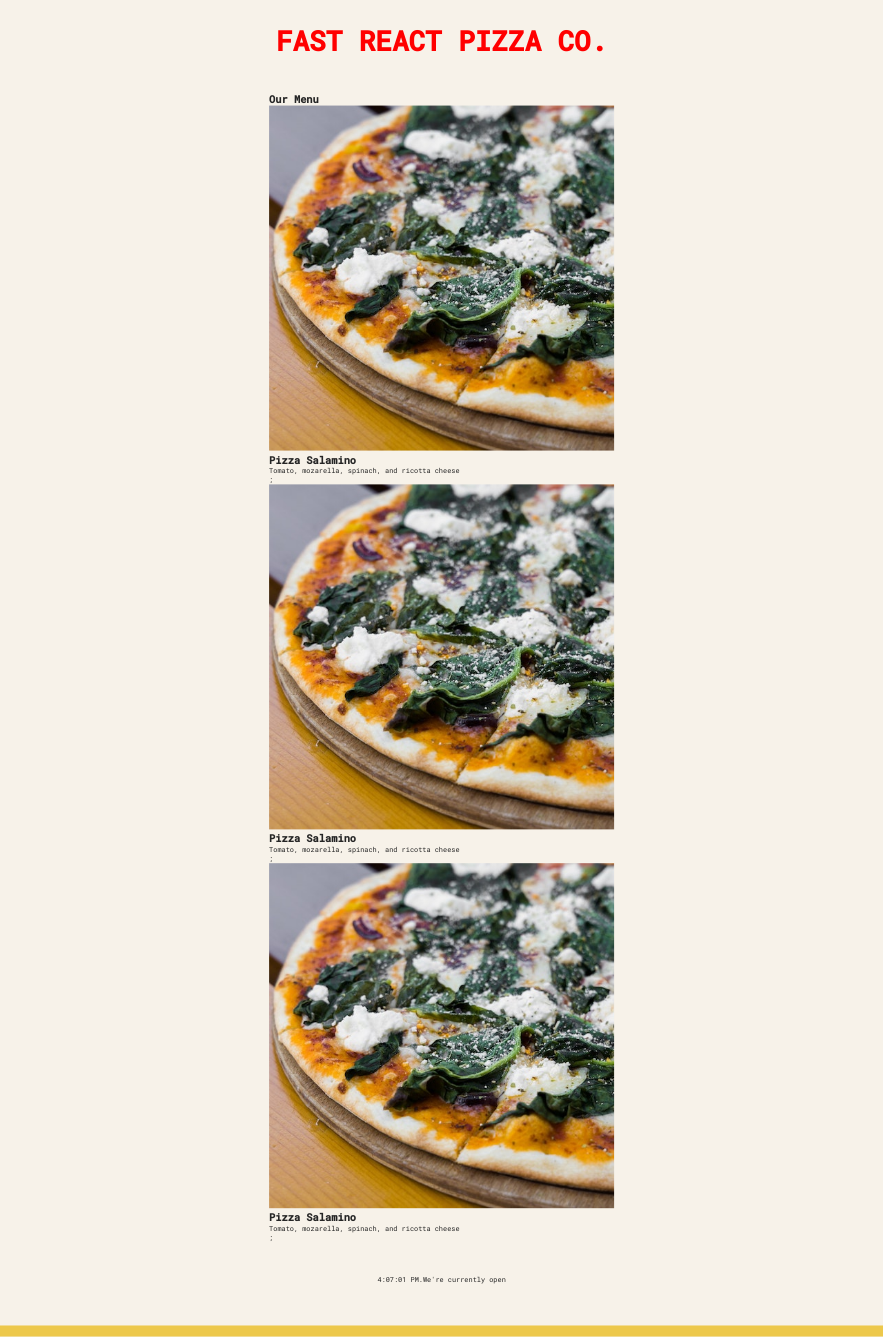
Repository: Aaryan-Poria/pizza-menu
Page: /
An editor plug-in stored every save of this project. The page is shown before and after the next save, followed by the edit.
The browser window is 1280 px wide. The pictures show the whole page, at 69% of full size.
The project was rebuilt for these pictures with package versions that can differ from the ones it lists, and the page was loaded fresh each time.

Above is the page before, as saved 2023-10-09 13:36:57.

After the next save:
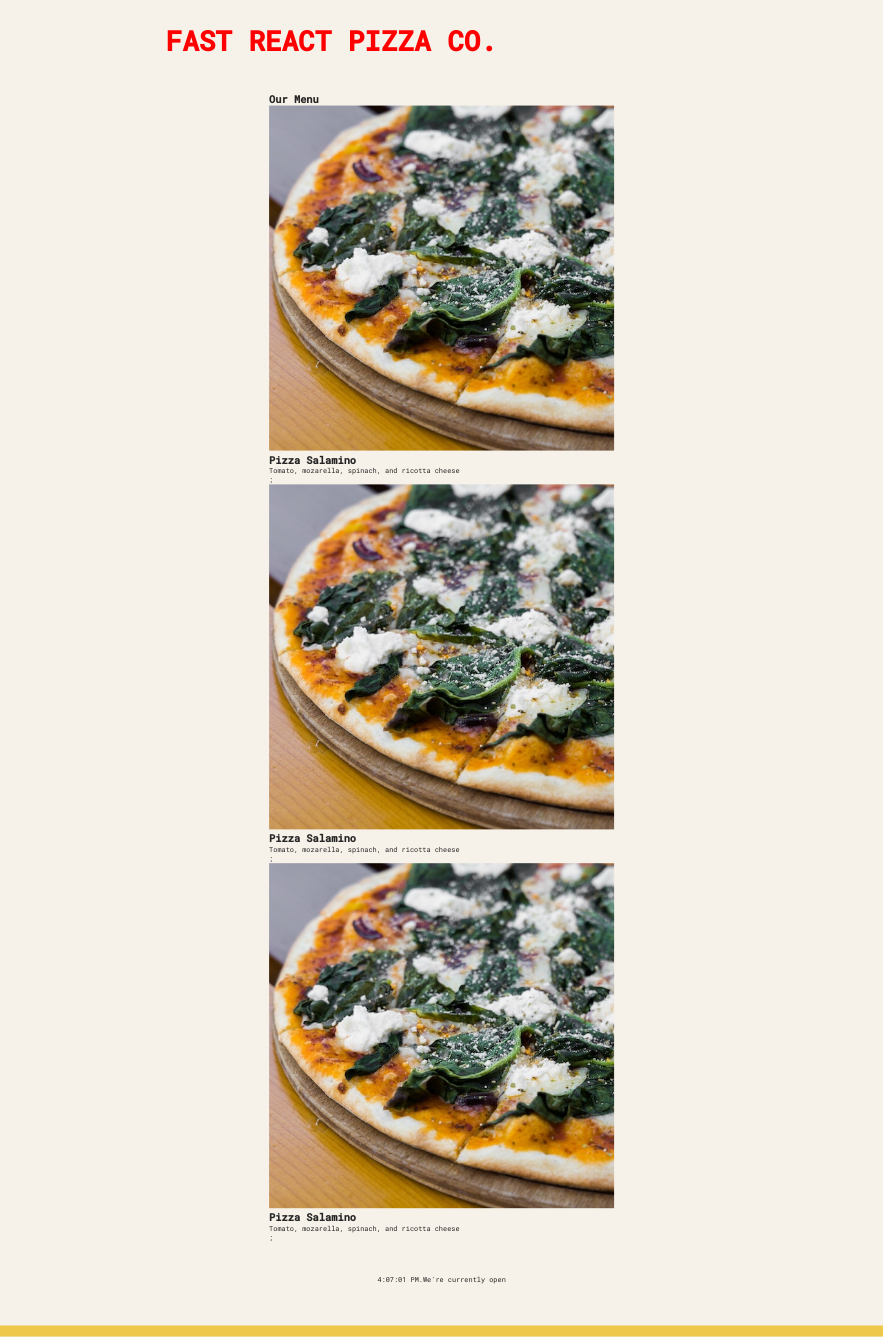
Saved 9 min 50 s later.
--- a/src/index.js
+++ b/src/index.js
@@ -69,7 +69,11 @@ function Pizza() {
 
 function Header() {
   const style = { color: "red", fontSize: "40px", textTransform: "uppercase" }; // A JS Object
-  return <h1 style={style}>Fast React Pizza Co.</h1>; // CSS in JSX is an object. We have another {} to basically enter JS Mode
+  return (
+    <h1 style={style} className="header">
+      Fast React Pizza Co.
+    </h1>
+  ); // CSS in JSX is an object. We have another {} to basically enter JS Mode
 }
 function Menu() {
   return (
